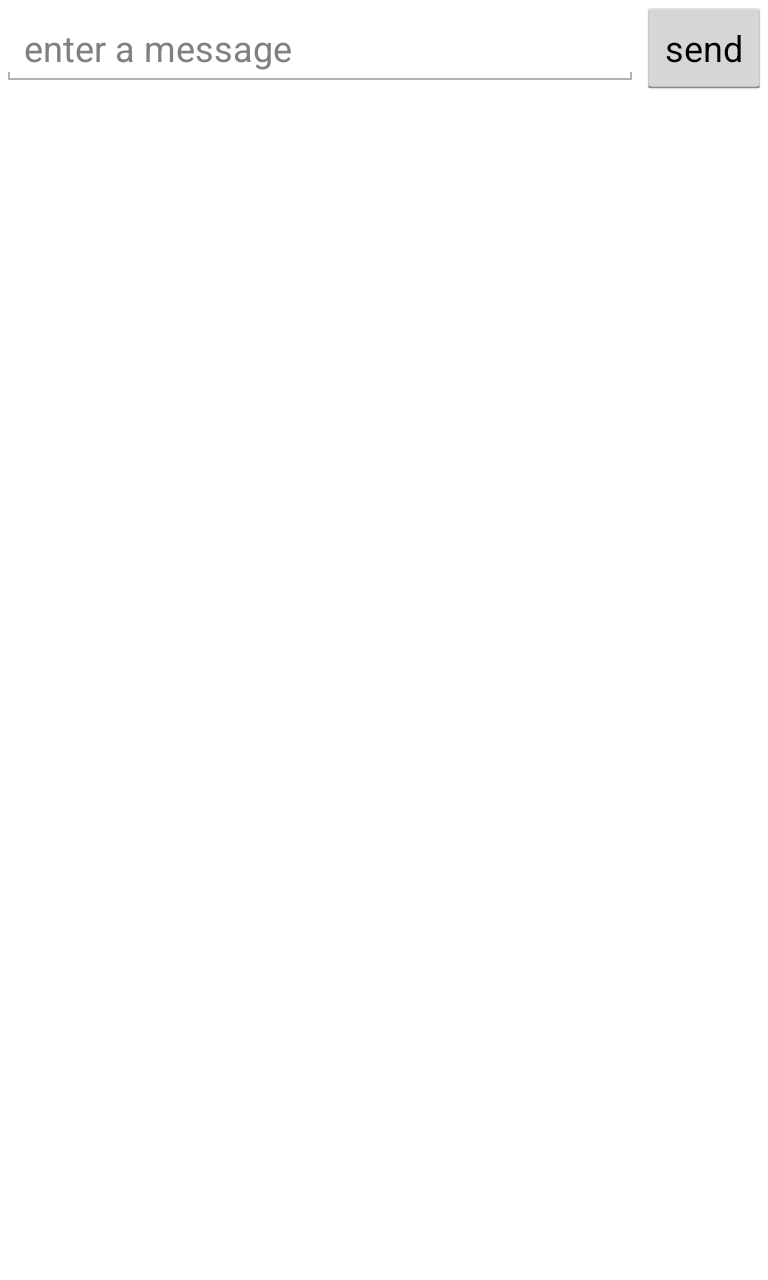
Repository: abyasaw/Tugas-UI-Android
Layout: tugasUI/UI_test/res/layout/fragment_main.xml
The author's editor kept a copy of each file at every save. The layout is drawn from the files as they stood at one save, then again after a run of saves.
It is drawn on a 768 x 1280 px phone screen (xhdpi) without system bars, with theme AppTheme; the app's code is not run.

Above is the layout before, as saved 2014-03-26 14:01:29.

After the next 3 saves:
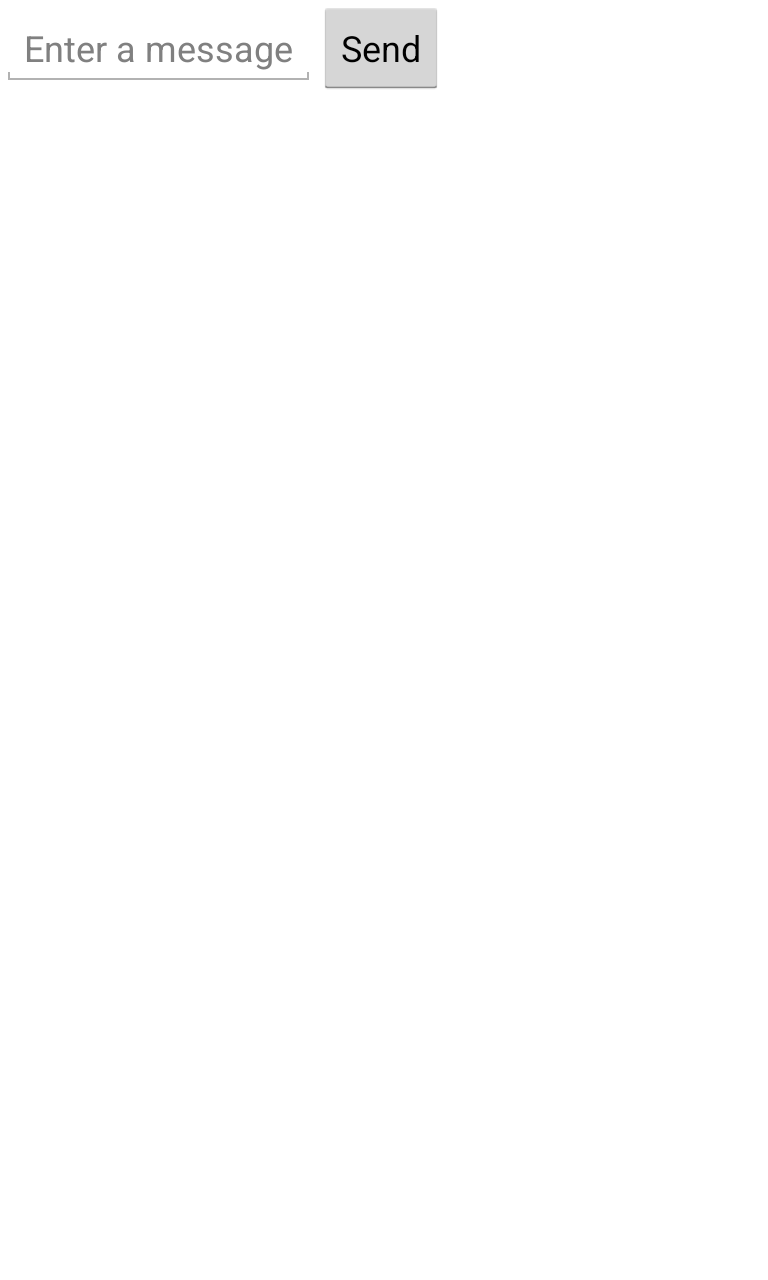
The 3 saves are shown as one change because 2 did not build or start.
The last was saved 9 min 35 s later.
--- a/tugasUI/UI_test/res/layout/fragment_main.xml
+++ b/tugasUI/UI_test/res/layout/fragment_main.xml
@@ -4,15 +4,13 @@
     android:layout_height="match_parent"
     android:orientation="horizontal" >
 
-    <EditText android:id="@+id/edit_message"
-         android:layout_weight="1"
-        android:layout_width="0dp"
-        android:layout_height="wrap_content"
-        android:hint="@string/enter_a_message" />
-     <Button
+   <EditText android:id="@+id/edit_message"
         android:layout_width="wrap_content"
         android:layout_height="wrap_content"
-        android:text="@string/send"
-        android:onClick="sendMessage" />
+        android:hint="@string/edit_message" />
+      <Button
+        android:layout_width="wrap_content"
+        android:layout_height="wrap_content"
+        android:text="@string/button_send" />
 
 </LinearLayout>
--- a/tugasUI/UI_test/res/values/strings.xml
+++ b/tugasUI/UI_test/res/values/strings.xml
@@ -6,8 +6,6 @@
     <string name="button_send">Send</string>
     <string name="action_settings">Settings</string>
      <string name="title_activity_main">MainActivity</string>
-      <string />
-      <string name="enter_a_message">enter a message</string>
       <string name="send">send</string>
 
 </resources>
